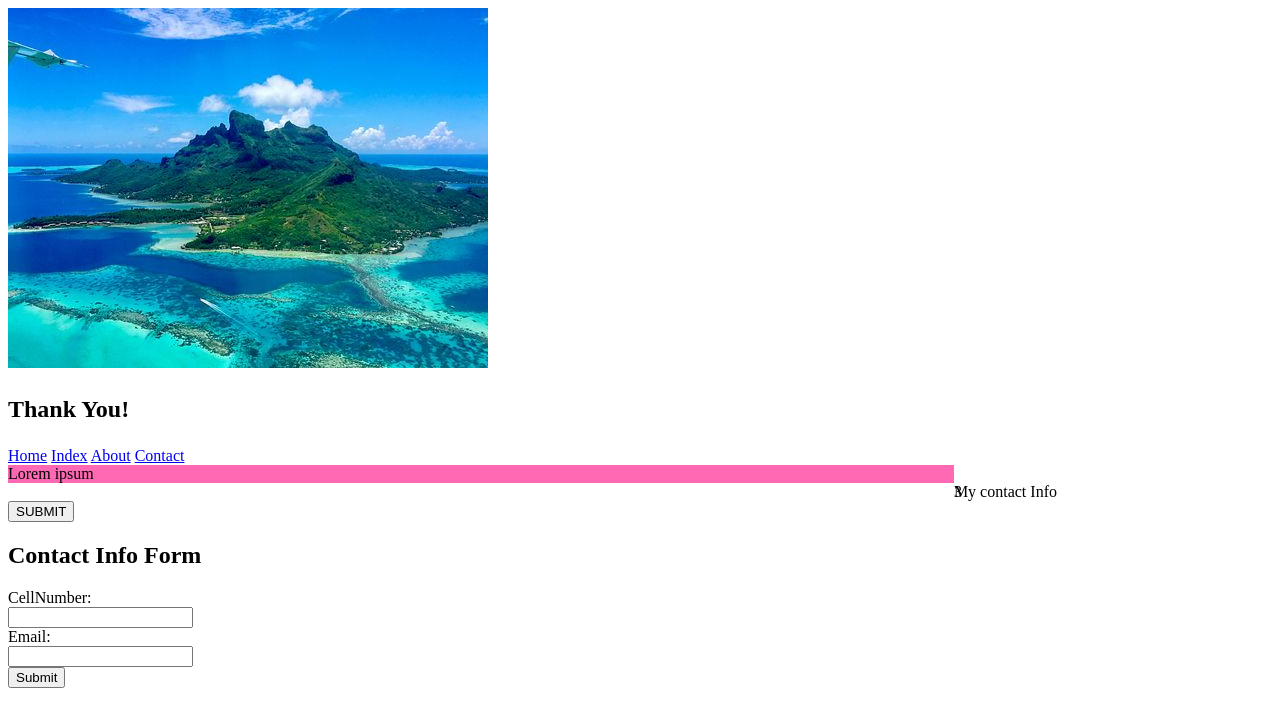
Repository: Melinda-Nanjad-Personal-Website/Personal-web
Page: contact.html
These files come from the project's save history. The page is drawn as it stood at one moment and after the next save; the edit follows.
The browser window is 1280 px wide. The pictures show the whole page.

Above is the page before, as saved 2023-07-31 15:43:17.

### contact.html
<!DOCTYPE html>
<html lang="en">
<head>
    <meta charset="UTF-8">
    <meta name="viewport" content="width=device-width, initial-scale=1.0">
    <link rel="stylesheet" type="text/css" href="cf.css">
    <!--My contact page css -->
    <title>Contact Page</title>
</head>
<main class="Contact info"
<article class="My contact Info grid-col-span-2 flow bg-primary-400 quote text-neutral-100">
<div class="flex">
</div>
<img src="island.jpeg" alt="island">
</div>
<div>
    <h2 class="Thank You"</h2>
        <p class="position">Thank You!</p>
</div>

</article>

<body>


</style>
<nav>
    <a class="active" href="/home.html">Home</a>
    <a class="active" href="/Index.html">Index</a>
    <a class="active" href="/about.html">About</a>
    <a class="active" href="contact.html">Contact</a>

        </nav>

    <div class="container">
        <div class="item item-1"> Lorem ipsum</div>
             <div class="item item-2"> My contact Info</div>
                <div class="item item-3"> 3</div>
    </div>

    <article>
        <form action="./success.html" method="GET" class="submitContainer">
        <div>
            <input type="submit" value="SUBMIT" class="submit">
        </div>
        </form>
    </article>

    <article>
        <h2>Contact Info Form</h2>
        <form>
            <label for="cellNumber">CellNumber:</label><br/>
        <input type="number" id="cellNumber" name="cellNumber"/><br/>

<label for="email"> Email:</label><br/>
<input type="email" id="email" name="email"/><br/>

<input type="submit" value="Submit"

            </form>
    </article>

</body>

</html>

### cf.css
.border-primary-400{
    border: 2px solid #a775f1;
}

.container {
    display: grid;
   grid gap: 1.5rem;
    grid-template-columns: auto auto auto;
}

.item-1 {
    grid-row- span4;
    grid-column: 1/5;
    background-color: hotpink;
    padding: 5px
    grid-area: main;
}

.item-2 {
    grid-row: span 3;
    grid column:  2/5;
    grid-area:left
}

.item-3 {
    grid-row: span
    grid column 1/5;
    grid-area :right
}

//test for columns
.grid-container {
  display: grid;
  column-gap: 50px;
  grid-template-columns: 1fr 1fr 1fr;
  padding: 50px;
}

.grid-item{
  background-color: rgba(97, 148, 160, 0.8);
  border: 1px solid rgba(0, 0, 0, 0.8);
  padding: 20px;
  font-size: 14px;
  text-align: center;

After the next save:
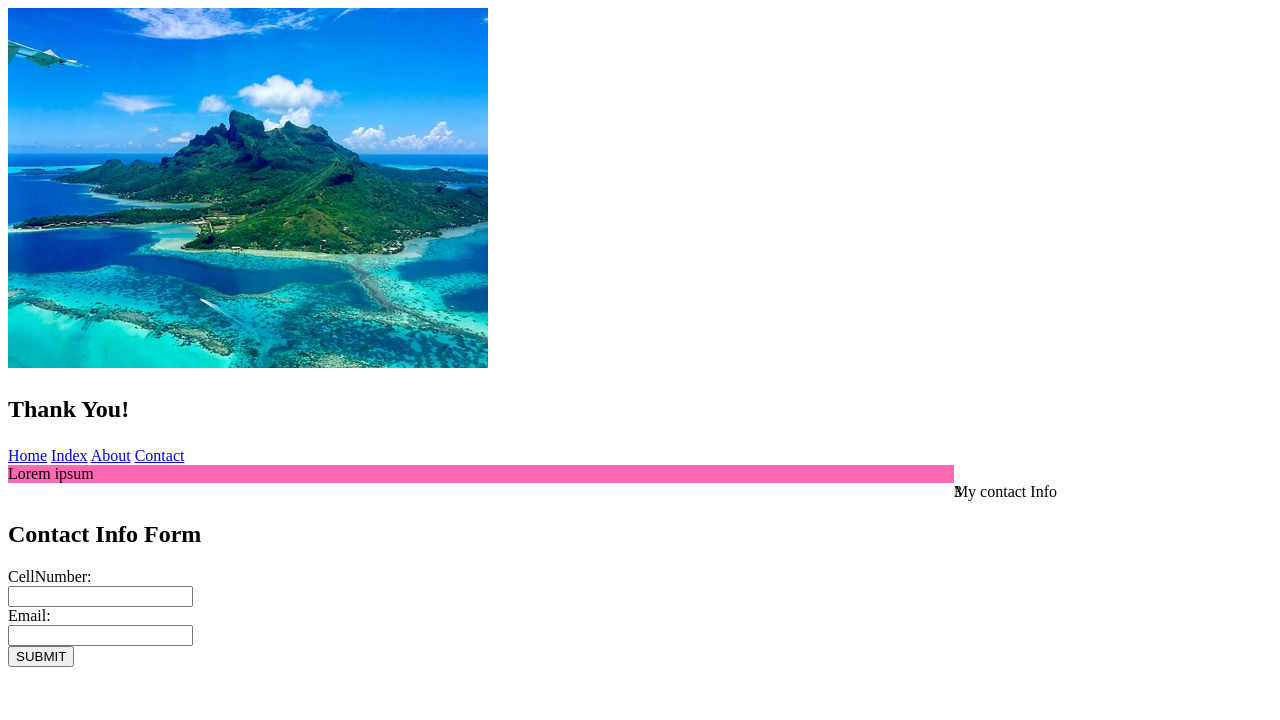
Saved 62 s later.
--- a/contact.html
+++ b/contact.html
@@ -38,13 +38,6 @@
                 <div class="item item-3"> 3</div>
     </div>
 
-    <article>
-        <form action="./success.html" method="GET" class="submitContainer">
-        <div>
-            <input type="submit" value="SUBMIT" class="submit">
-        </div>
-        </form>
-    </article>
 
     <article>
         <h2>Contact Info Form</h2>
@@ -55,8 +48,13 @@
 <label for="email"> Email:</label><br/>
 <input type="email" id="email" name="email"/><br/>
 
-<input type="submit" value="Submit"
-
+<article>
+    <form action="./success.html" method="GET" class="submitContainer">
+    <div>
+        <input type="submit" value="SUBMIT" class="submit">
+    </div>
+    </form>
+</article>
             </form>
     </article>
 
